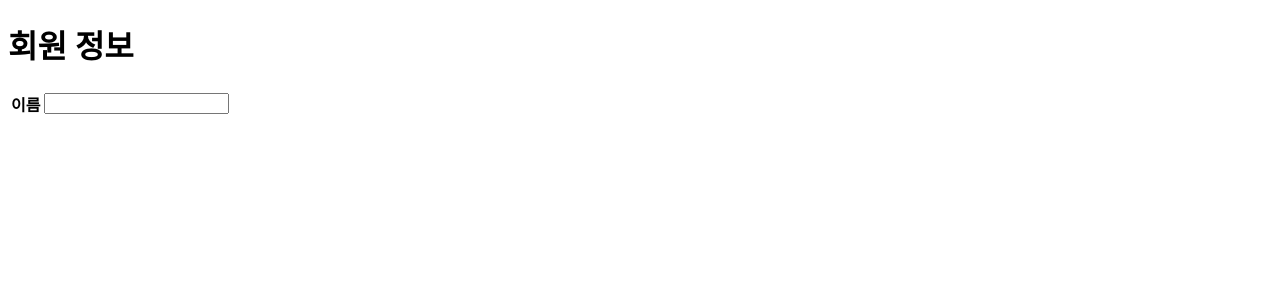
Repository: ZicoPark/Lost-Dev
Page: http://localhost/03_request/
The author's editor kept a copy of each file at every save. The page is drawn from the files as they stood at one save, then again after the next save.
The browser window is 1280 px wide. The pictures show the whole page.
The page is served by Tomcat 9.

Above is the page before, as saved 2023-02-20 03:05:35.

### JSP/03_request/WebContent/index.jsp
<%@ page language="java" contentType="text/html; charset=UTF-8"
    pageEncoding="UTF-8"%>
<!DOCTYPE html>
<html>
<head>
<meta charset="UTF-8">
<title>Insert title here</title>
</head>
<body>
	<h1>회원 정보</h1>
	<form action = ""  method="get">
	<table>
		<tr>
			<th>이름</th>
			<td><input type = "text" name="userName"/></td>
		</tr>
	</table>
	</form>
</body>
</html>

After the next save:
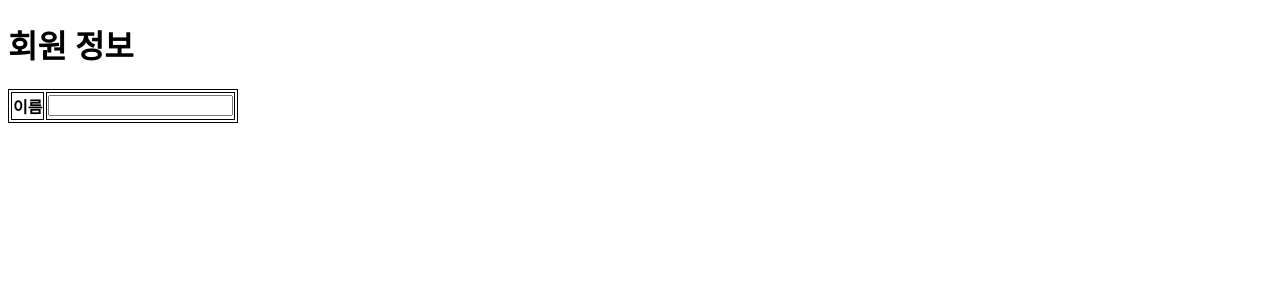
Saved 95 s later.
--- a/JSP/03_request/WebContent/index.jsp
+++ b/JSP/03_request/WebContent/index.jsp
@@ -5,6 +5,11 @@
 <head>
 <meta charset="UTF-8">
 <title>Insert title here</title>
+<style>
+	table, th, td{
+		border : 1px solid black;
+	}
+</style>
 </head>
 <body>
 	<h1>회원 정보</h1>
